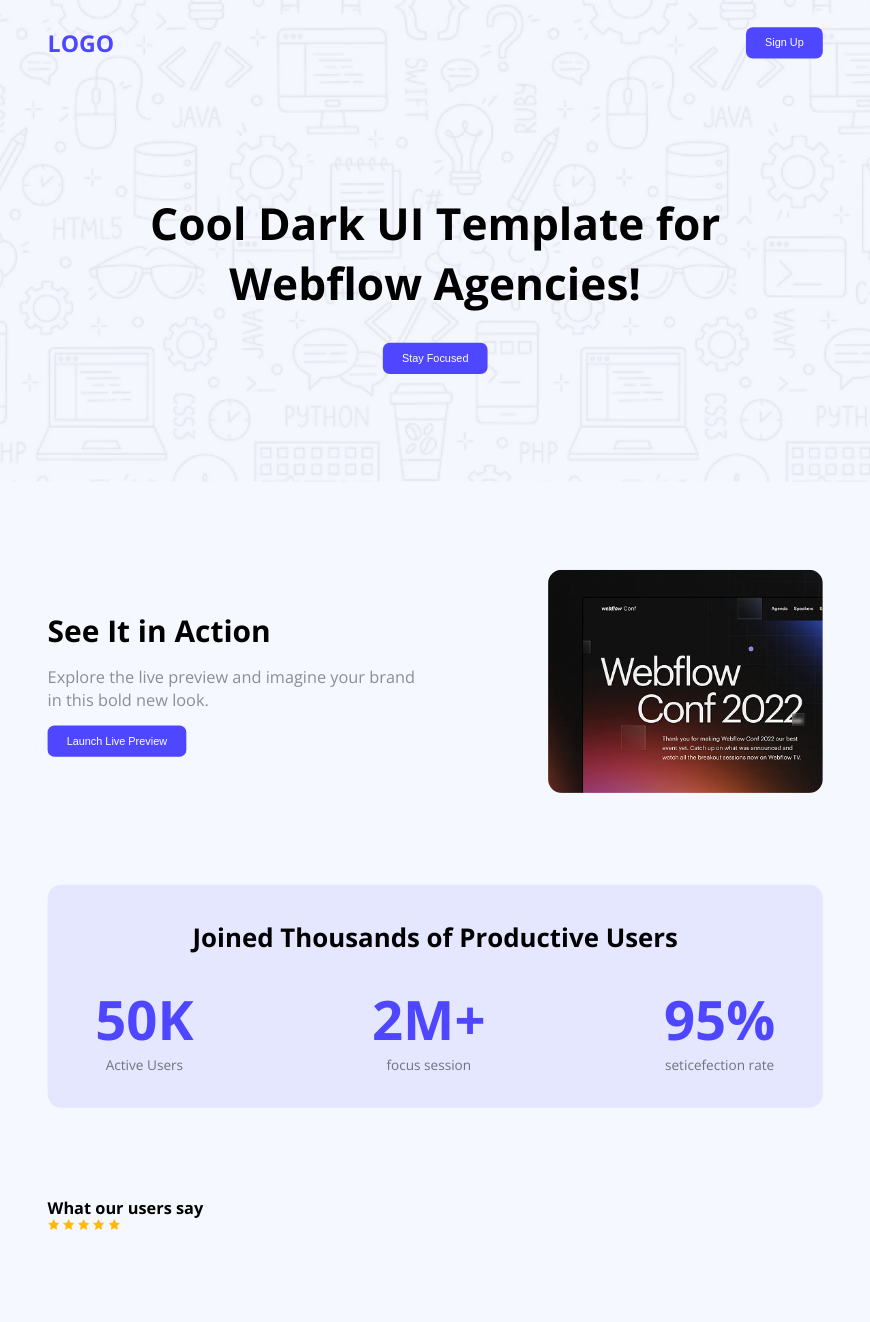
Repository: nahid-hasann/website-3
Page: index.html
The author's editor kept a copy of each file at every save. The page is drawn from the files as they stood at one save, then again after a run of saves.
The browser window is 1280 px wide. The pictures show the whole page, at 68% of full size.

Above is the page before, as saved 2025-07-10 20:44:24.

After the next 6 saves:
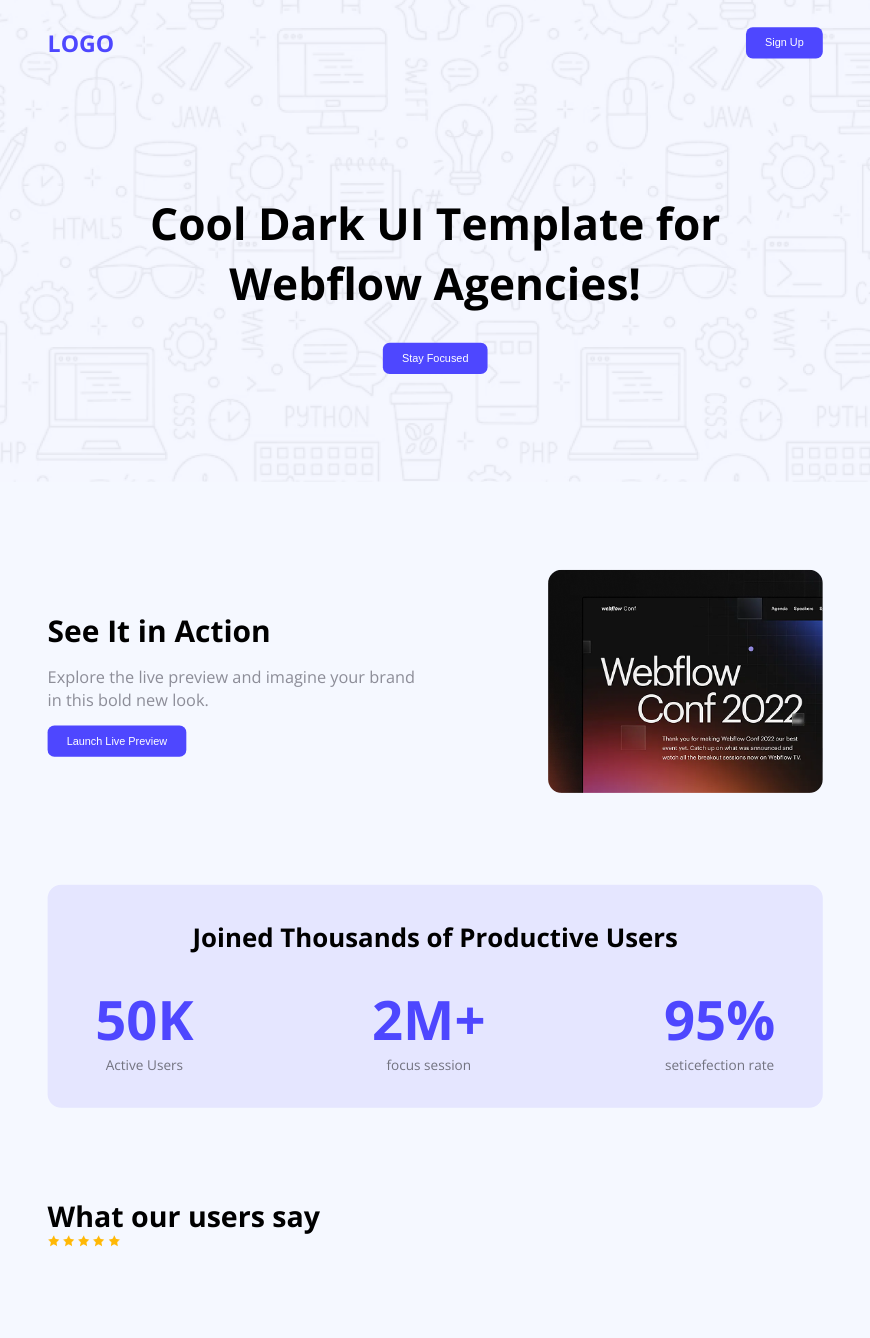
The 6 saves are shown as one change because they came seconds apart.
The last was saved 19 s later.
--- a/style.css
+++ b/style.css
@@ -127,5 +127,6 @@
 }
 
 .feedback-section h1{
-
+    font-size: 42px;
+    font
 }
